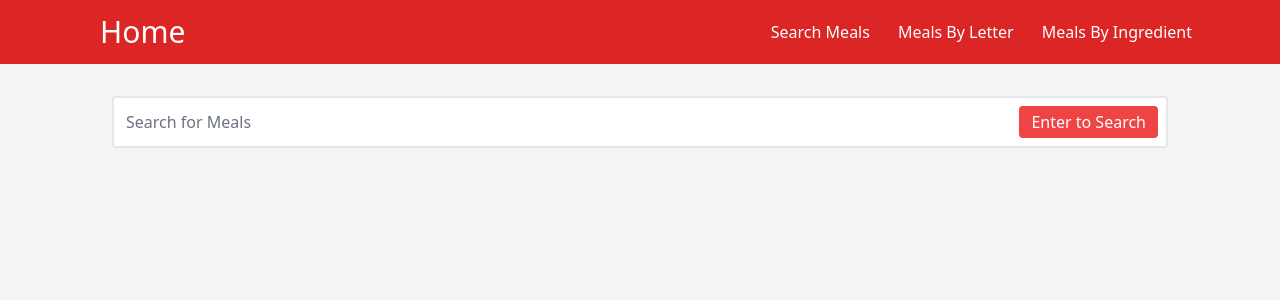
Repository: HalemX/meals
Page: /by-name
These files come from the project's save history. The page is drawn as it stood at one moment and after the next save; the edit follows.
The browser window is 1280 px wide. The pictures show the whole page.
The project was rebuilt for these pictures with package versions that can differ from the ones it lists, and the page was loaded fresh each time. Also part of the build but not shown: vite.config.js, src/pages/home/Home.vue, src/components/layout/GuestLayout.vue, src/components/ui/BaseButtons.vue, src/pages/meals/MealsByIngredient.vue, src/pages/meals/MealsByLetters.vue, src/components/meals_components/MealDetails.vue, src/pages/meals/AllIngredients.vue.

Above is the page before, as saved 2024-02-12 16:35:53.

### index.html
<!DOCTYPE html>
<html lang="en">
  <head>
    <meta charset="UTF-8" />
    <link rel="icon" type="image/svg+xml" href="/vite.svg" />
    <meta name="viewport" content="width=device-width, initial-scale=1.0" />
    <title>Vite + Vue</title>
  </head>
  <body class="bg-gray-100 h-full">
    <div id="app"></div>
    <script type="module" src="/src/main.js"></script>
  </body>
</html>

### src/main.js
import { createApp } from "vue";

import router from "./router";
import store from "./store";
import "./style.css";

import App from "./App.vue";

const app = createApp(App);
app.use(router);
app.use(store);

app.mount("#app");

### src/router/index.js
import { createRouter, createWebHistory } from "vue-router";

import Home from "../pages/home/Home.vue";

import DefaultLayout from "../components/layout/DefaultLayout.vue";
import GuestLayout from "../components/layout/GuestLayout.vue";

import MealsByIngredient from "../pages/meals/MealsByIngredient.vue";
import MealsByLetters from "../pages/meals/MealsByLetters.vue";
import MealsByName from "../pages/meals/MealsByName.vue";
import MealDetails from "../components/meals_components/MealDetails.vue";
import AllIngredients from "../pages/meals/AllIngredients.vue";

const routes = [
  {
    path: "/",
    component: DefaultLayout,
    children: [
      {
        path: "/",
        name: "home",
        component: Home,
      },
      {
        path: "/by-letter/:letter?",
        name: "byLetter",
        component: MealsByLetters,
      },
      {
        path: "/by-name/:name?",
        name: "byName",
        component: MealsByName,
      },
      {
        path: "/ingredients",
        name: "ingredients",
        component: AllIngredients,
      },
      {
        path: "/by-ingredient/:ingredient",
        name: "byIngredient",
        component: MealsByIngredient,
      },
      {
        path: "/meal/:id",
        name: "mealDetails",
        component: MealDetails,
      },
    ],
  },
  {
    path: "/guest",
    component: GuestLayout,
    children: [],
  },
];

const router = createRouter({
  history: createWebHistory(),
  routes,
});

export default router;

### src/store/index.js
import { createStore } from "vuex";

import mealsModule from "./modules/meals/index";

const store = createStore({
  modules: {
    mealsModule,
  },
});

export default store;

### src/App.vue
<template>
  <router-view v-slot="slotProps">
    <transition name="route" mode="out-in">
      <component :is="slotProps.Component"></component>
    </transition>
  </router-view>
</template>

<style scoped>
.route-enter-from {
  opacity: 0;
  transform: translateY(-30px);
}
.route-leave-to {
  opacity: 0;
  transform: translateY(30px);
}
.route-enter-active {
  transition: all 0.4s ease-out;
}
.route-enter-active {
  transition: all 0.4s ease-in;
}
.route-enter-to,
.route-leave-from {
  opacity: 1;
  transform: translateY(0);
}
</style>

### src/components/layout/DefaultLayout.vue
<template>
  <div>
    <navbar />
    <main>
      <router-view v-slot="slotProps">
        <transition name="route" mode="out-in">
          <component :is="slotProps.Component"></component>
        </transition>
      </router-view>
    </main>
  </div>
</template>

<script>
import Navbar from "./Navbar.vue";
export default {
  components: {
    Navbar,
  },
};
</script>

<style>
.route-enter-from {
  opacity: 0;
  transform: translateY(-30px);
}
.route-leave-to {
  opacity: 0;
  transform: translateY(30px);
}
.route-enter-active {
  transition: all 0.4s ease-out;
}
.route-enter-active {
  transition: all 0.4s ease-in;
}
.route-enter-to,
.route-leave-from {
  opacity: 1;
  transform: translateY(0);
}
</style>

### src/pages/meals/MealsByName.vue
<template>
  <div class="lg:mx-20">
    <div class="p-8 pb-0">
      <form
        class="rounded sm:border-2 sm:border-gray-200 sm:bg-white flex flex-col sm:flex-row"
      >
        <input
          type="text"
          class="rounded border-2 border-gray-200"
          placeholder="Search for Meals"
          v-model.trim="enterName"
          @change="searchMealsByName"
        />
        <button
          @click="searchMealsByName"
          class="sm:mb-2 mx-2 px-3 transition ease-in-out delay-150 sm:mt-2 border-[#ef4444] bg-[#ef4444] hover:scale-105 hover:bg-[#f87171] duration-300 text-white py-1 rounded"
        >
          Enter to Search
        </button>
      </form>
    </div>
    <meals-item v-if="!emptyEnter" :meals="mealsByName"></meals-item>
    <p v-else class="text-[#ff0000] mt-2 px-8">Must Enter Name of Meal!</p>
  </div>
</template>

<script>
import { computed, onMounted, ref } from "vue";
import { useStore } from "vuex";
import { useRoute } from "vue-router";
import MealsItem from "../../components/meals_components/MealsItem.vue";

export default {
  components: {
    MealsItem,
  },
  setup() {
    const enterName = ref("");
    const emptyEnter = ref(false);

    const store = useStore();

    const mealsByName = computed(() => {
      return store.getters.getSearchMealsByName;
    });

    function searchMealsByName() {
      if (enterName.value) {
        store.dispatch("searchMealsByName", enterName.value);
        emptyEnter.value = false;
      } else {
        emptyEnter.value = true;
      }
    }

    const rout = useRoute();
    onMounted(() => {
      enterName.value = rout.params.name;
      if (enterName.value) {
        searchMealsByName();
      }
    });

    return { searchMealsByName, mealsByName, enterName, emptyEnter };
  },
};
</script>

<style scoped>
input {
  transition: 0.3s;
  caret-color: #dc2626;
  flex-grow: 2;
  border: none;
}
input:focus {
  outline: none !important;
  border-color: transparent !important;
  box-shadow: none !important;
}
</style>

### src/store/modules/meals/index.js
import mutations from "./mutations";
import actions from "./actions";
import getters from "./getters";

export default {
  state() {
    return {
      searchMealsByName: [],
      searchMealsByLetter: [],
      searchMealsByIng: [],
    };
  },
  mutations,
  actions,
  getters,
};

### src/components/layout/Navbar.vue
<template>
  <div class="bg-[#dc2626]">
    <header
      class="text-white shadow h-16 flex justify-between items-stretch bg-[#dc2626] md:mx-20"
    >
      <router-link
        class="text-3xl inline-flex items-center h-full px-5"
        :to="{ name: 'home' }"
        >Home</router-link
      >
      <div class="flex items-center gap-3">
        <router-link
          class="inline-flex items-center px-2 h-full transition-colors hover:bg-[#ef4444]"
          :to="{ name: 'byName' }"
          >Search Meals</router-link
        >
        <router-link
          class="inline-flex items-center px-2 h-full transition-colors hover:bg-[#f87171]"
          :to="{ name: 'byLetter' }"
          >Meals By Letter</router-link
        >
        <router-link
          class="inline-flex items-center px-2 h-full transition-colors hover:bg-[#f87171]"
          :to="{ name: 'ingredients' }"
          >Meals By Ingredient</router-link
        >
      </div>
    </header>
  </div>
</template>

<script>
export default {};
</script>

<style scoped>
header {
  box-shadow: none !important;
}
</style>

### src/components/meals_components/MealsItem.vue
<template>
  <div class="grid grid-cols-1 md:grid-cols-3 gap-5 p-8">
    <div
      v-for="meal of meals"
      :key="meal.idMeal"
      class="bg-white shadow rounded-xl"
    >
      <router-link :to="{ name: 'mealDetails', params: { id: meal.idMeal } }">
        <img
          :src="meal.strMealThumb"
          :alt="meal.strMeal"
          class="rounded-t-xl w-full h-48 object-cover"
        />
      </router-link>
      <div class="p-3">
        <h3 class="font-bold">{{ meal.strMeal }}</h3>
        <p class="mb-4">
          Lorem ipsum dolor sit, amet consectetur adipisicing elit. Repellendus
          dicta saepe.
        </p>
      </div>
      <div class="flex items-center justify-between">
        <base-buttons :href="meal.strYoutube"></base-buttons>
      </div>
    </div>
  </div>
</template>

<script>
import BaseButtons from "../ui/BaseButtons.vue";

export default {
  components: {
    BaseButtons,
  },
  props: ["meals"],
};
</script>

### src/axiosClient.js
import axios from "axios";

const axiosClient = axios.create({
  baseURL: import.meta.env.VITE_API_BASE_URL,
});

export default axiosClient;

### src/store/modules/meals/mutations.js
export default {
  setSearchMealsByName(state, meals) {
    state.searchMealsByName = meals;
  },
  setSearchMealsByLetter(state, meals) {
    state.searchMealsByLetter = meals;
  },
  setSearchMealsByIng(state, meals) {
    state.searchMealsByIng = meals;
  },
};

### src/store/modules/meals/actions.js
import axiosClient from "../../../axiosClient";

export default {
  async searchMealsByName(context, enterName) {
    const response = await axiosClient.get(`search.php?s=${enterName}`);

    const responseData = await response.data;

    context.commit("setSearchMealsByName", responseData.meals);
  },

  async searchMealsLetter(context, letter) {
    const response = await axiosClient.get(`search.php?f=${letter}`);

    const responseData = await response.data;

    context.commit("setSearchMealsByLetter", responseData.meals);
  },

  async searchMealsByIng(context, enterIng) {
    const response = await axiosClient.get(`filter.php?i=${enterIng}`);

    const responseData = await response.data;

    context.commit("setSearchMealsByIng", responseData.meals);
  },

  //   async fetchMeals(context) {
  //     const response = await fetch(
  //       "https://www.themealdb.com/api/json/v1/1/search.php?s=Arrabiata"
  //     );
  //     const responseData = await response.json();
  //     if (!response.ok) {
  //       const error = new Error(responseData.message || "Failed to fetch Meals");
  //       throw error;
  //     }
  //     // console.log(responseData.meals);
  //     // const meals = [];
  //     // for (const key in responseData) {
  //     //   const request = {
  //     //     id: key,
  //     //     coachId: coachId,
  //     //     userEmail: responseData[key].userEmail,
  //     //     message: responseData[key].message,
  //     //   };
  //     //   requests.push(request);
  //     // }
  //     context.commit("setMeals", responseData.meals.slice(0, 5));
  //   },
};

### src/store/modules/meals/getters.js
export default {
  getSearchMealsByName(state) {
    return state.searchMealsByName;
  },
  getSearchMealsByLetter(state) {
    return state.searchMealsByLetter;
  },
  getSearchMealsByIng(state) {
    return state.searchMealsByIng;
  },
};

### tailwind.config.js
/** @type {import('tailwindcss').Config} */
export default {
  content: ["./index.html", "./src/**/*.{vue,js,ts,jsx,tsx}"],
  theme: {
    extend: {},
  },
  plugins: [
    require("@tailwindcss/forms"),
    // ...
  ],
};

Loaded but not shown: src/style.css (common file)

After the next save:
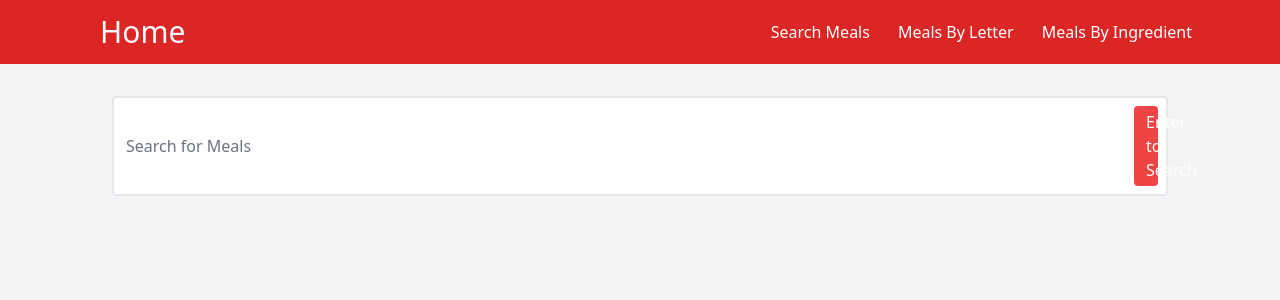
Saved 31 s later.
--- a/src/pages/meals/MealsByName.vue
+++ b/src/pages/meals/MealsByName.vue
@@ -13,7 +13,7 @@
         />
         <button
           @click="searchMealsByName"
-          class="sm:mb-2 mx-2 px-3 transition ease-in-out delay-150 sm:mt-2 border-[#ef4444] bg-[#ef4444] hover:scale-105 hover:bg-[#f87171] duration-300 text-white py-1 rounded"
+          class="sm:w-[0] sm:mb-2 mx-2 px-3 transition ease-in-out delay-150 sm:mt-2 border-[#ef4444] bg-[#ef4444] hover:scale-105 hover:bg-[#f87171] duration-300 text-white py-1 rounded"
         >
           Enter to Search
         </button>

After the save that followed:
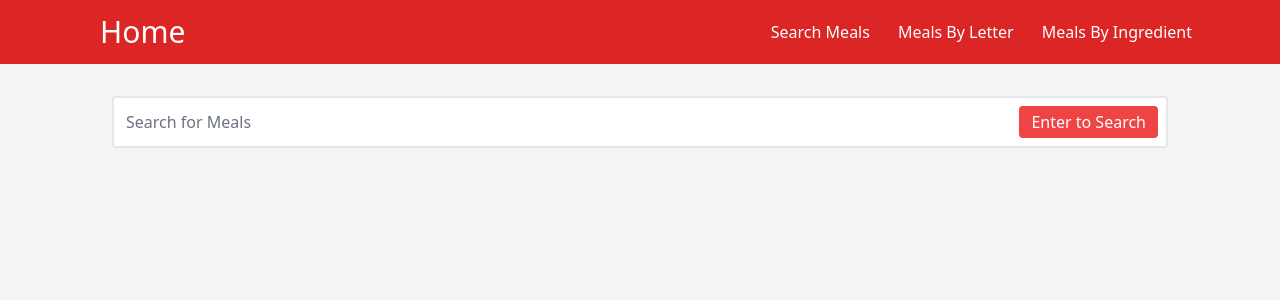
Saved 11 s later.
--- a/src/pages/meals/MealsByName.vue
+++ b/src/pages/meals/MealsByName.vue
@@ -13,7 +13,7 @@
         />
         <button
           @click="searchMealsByName"
-          class="sm:w-[0] sm:mb-2 mx-2 px-3 transition ease-in-out delay-150 sm:mt-2 border-[#ef4444] bg-[#ef4444] hover:scale-105 hover:bg-[#f87171] duration-300 text-white py-1 rounded"
+          class="sm:mb-2 mx-2 px-3 transition ease-in-out delay-150 sm:mt-2 border-[#ef4444] bg-[#ef4444] hover:scale-105 hover:bg-[#f87171] duration-300 text-white py-1 rounded"
         >
           Enter to Search
         </button>
